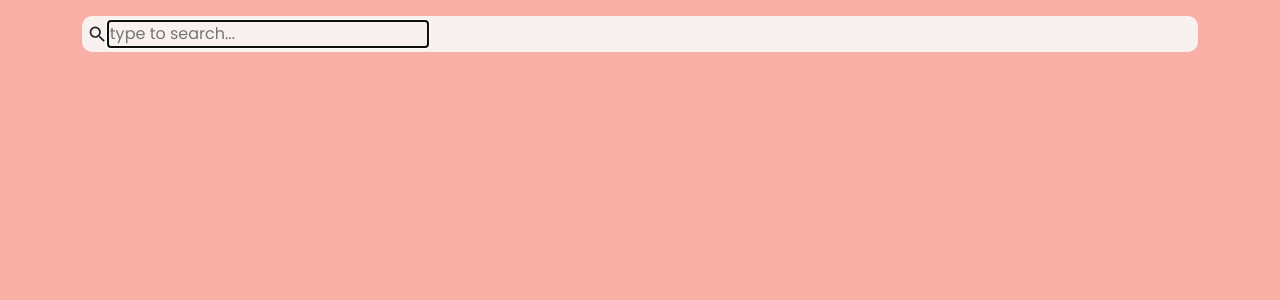
Repository: DeraBola/user-app
Page: /
The author's editor kept a copy of each file at every save. The page is drawn from the files as they stood at one save, then again after a run of saves.
The browser window is 1280 px wide. The pictures show the whole page.
The first visible `.search input` has the focus.
The page's requests for data from a server got no answer. The project was rebuilt for these pictures with package versions that can differ from the ones it lists, and the page was loaded fresh each time. No one was signed in, and anything a server would have sent is missing.

Above is the page before, as saved 2022-08-10 08:15:10.

After the next 2 saves:
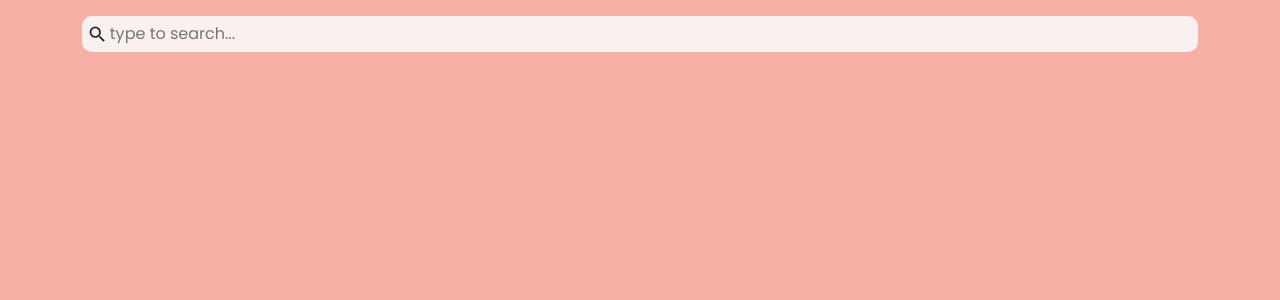
The 2 saves are shown as one change because they came seconds apart.
The last was saved 7 s later.
--- a/src/App.css
+++ b/src/App.css
@@ -56,5 +56,5 @@
         }
 
         .search input:focus {
-            outline: ;
+            outline: none;
         }
